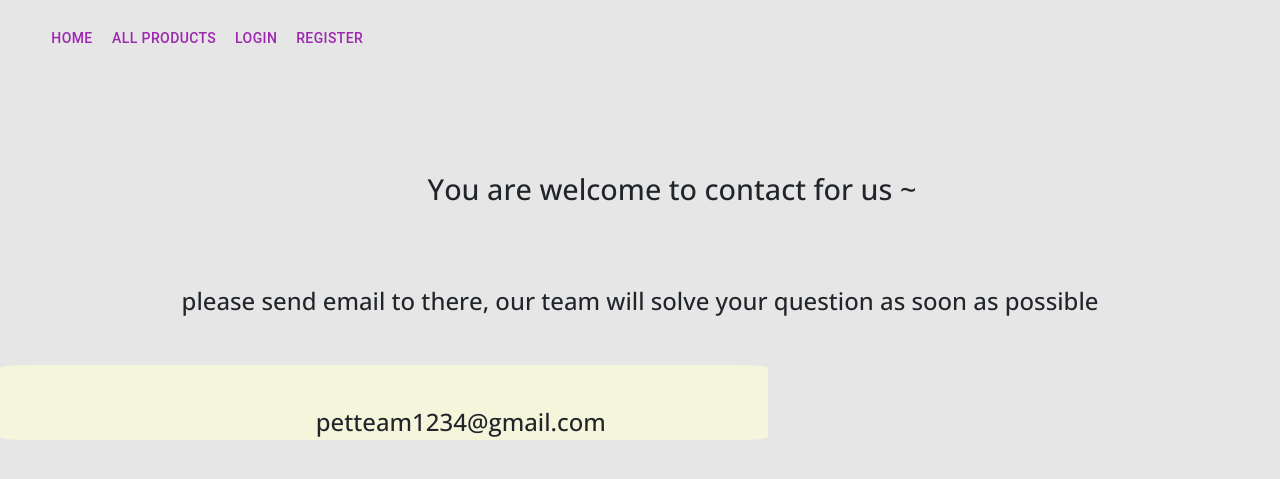
Repository: dzwfighting/pet
Page: /contact
An editor plug-in stored every save of this project. The page is shown before and after the next save, followed by the edit.
The browser window is 1280 px wide. The pictures show the whole page.
The project was rebuilt for these pictures with package versions that can differ from the ones it lists, and the page was loaded fresh each time. Also part of the build but not shown: src/components/homeComponent.js, src/components/Layout.js, src/components/checkoutComponent.js, src/fake-data/products.js, src/styles/css/cart.css, src/components/ShopCartComponent.js, src/components/productsDetail.js, src/manipulate/checkValid.js and 10 more.

Above is the page before, as saved 2023-08-20 10:10:01.

After the next save:
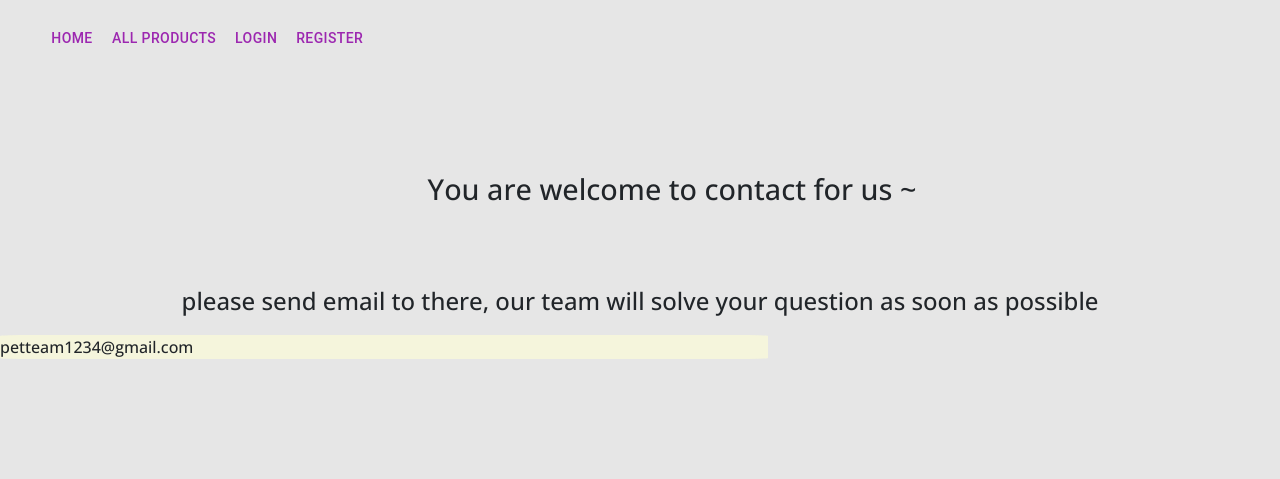
Saved 14 s later.
--- a/src/components/Contactus.js
+++ b/src/components/Contactus.js
@@ -16,9 +16,7 @@ const Contactus = () => {
           please send email to there, our team will solve your question as soon
           as possible
         </p>
-        <div className="emailBlock">
-          <p className="emailP">petteam1234@gmail.com</p>
-        </div>
+        <div className="emailBlock">petteam1234@gmail.com</div>
       </div>
     </div>
   );
